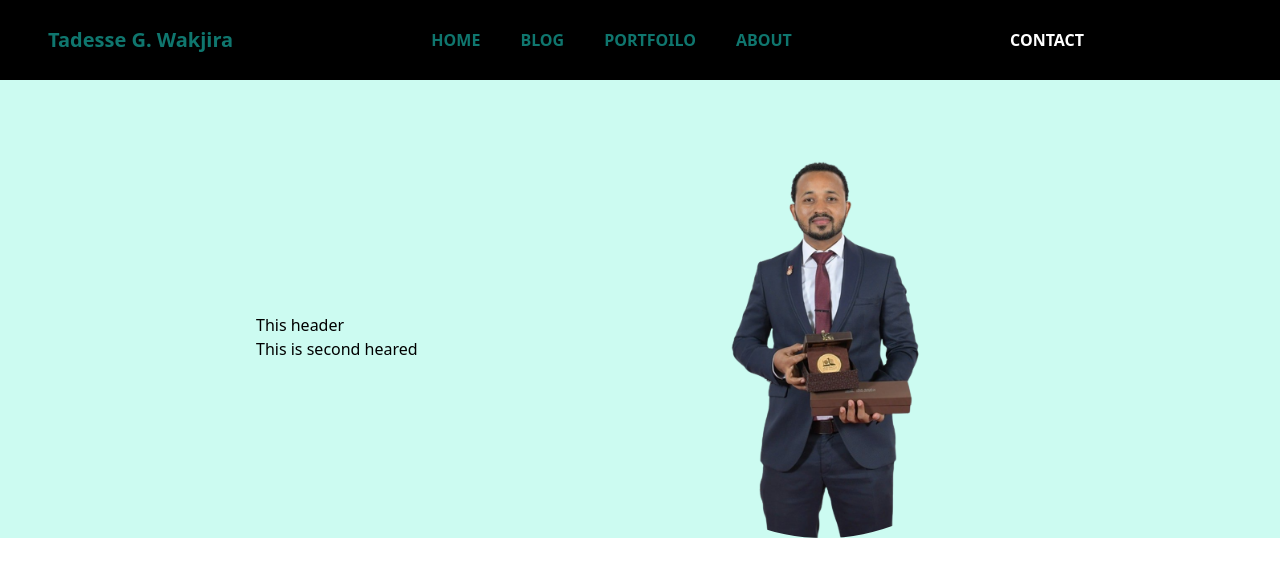
Repository: Elias-Kibret/Tade-portfoilo
Page: /
An editor plug-in stored every save of this project. The page is shown before and after the next save, followed by the edit.
The browser window is 1280 px wide. The pictures show the whole page.
The project was rebuilt for these pictures with package versions that can differ from the ones it lists, and the page was loaded fresh each time. The framework's server and built-in components were replaced by stand-ins that run in the browser. Also part of the build but not shown: next.config.js.

Above is the page before, as saved 2022-06-27 07:04:04.

After the next save:
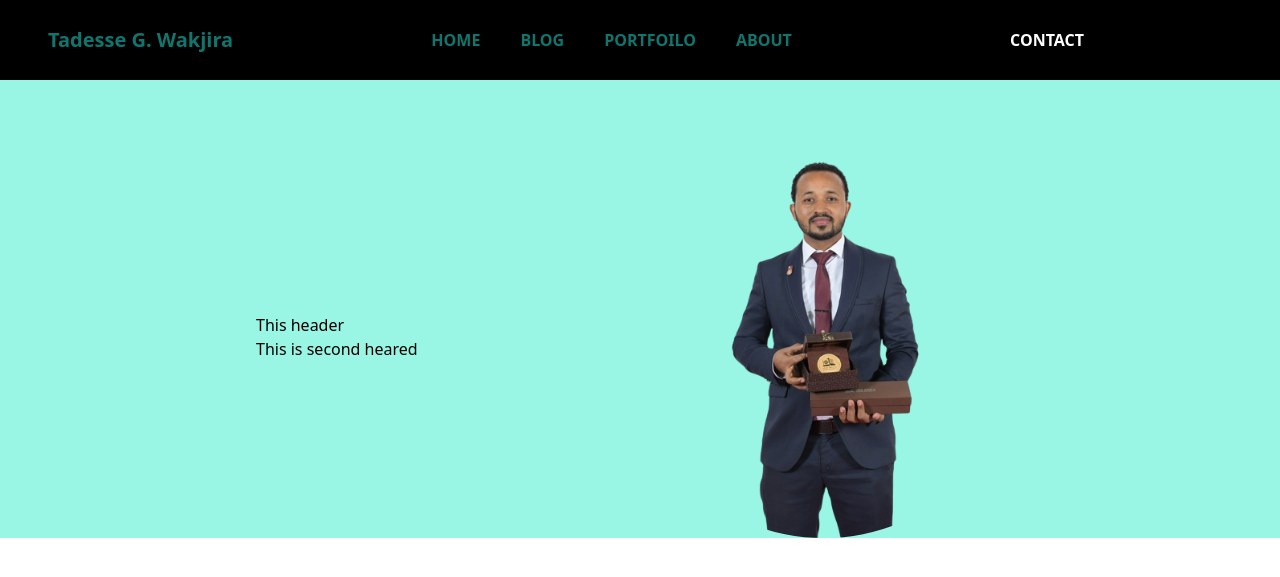
Saved 66 s later.
--- a/components/Hero.tsx
+++ b/components/Hero.tsx
@@ -2,7 +2,7 @@
 import Image from 'next/image'
 const Hero = () => {
   return (
-<main className="h-auto pt-14 bg-teal-100 ">
+<main className="h-auto pt-14 bg-teal-200 ">
 <div className='w-3/5 mx-auto flex justify-between items-center'>
 <div >
       <h1>

After the save that followed:
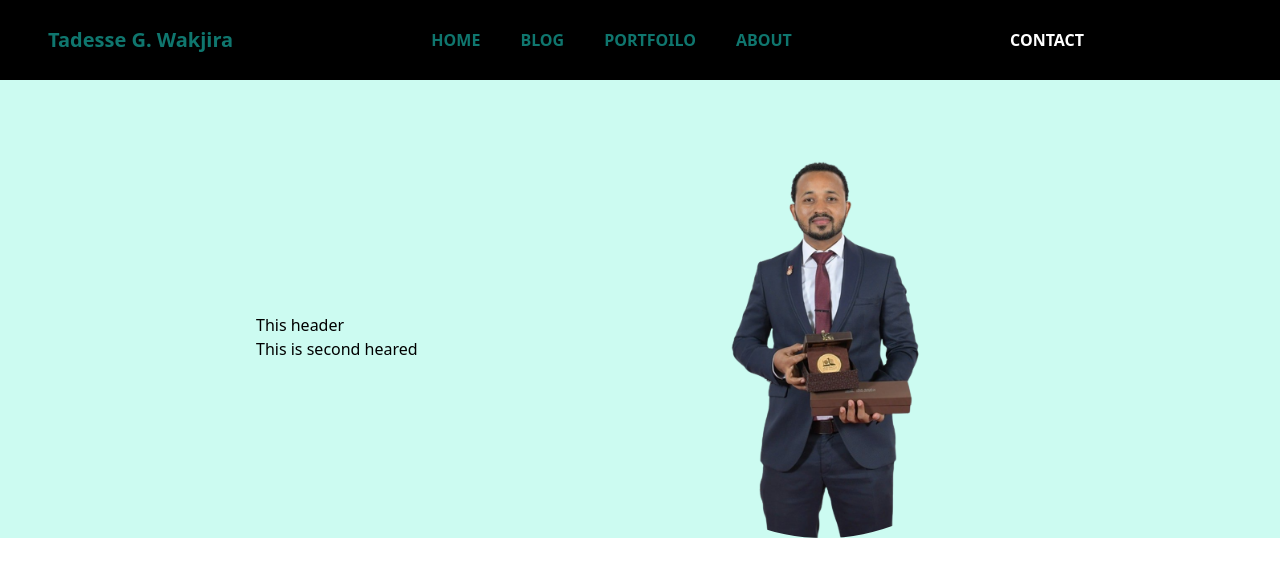
Saved 5 min 20 s later.
--- a/components/Hero.tsx
+++ b/components/Hero.tsx
@@ -2,7 +2,7 @@
 import Image from 'next/image'
 const Hero = () => {
   return (
-<main className="h-auto pt-14 bg-teal-200 ">
+<main className="h-auto pt-14 bg-teal-100 ">
 <div className='w-3/5 mx-auto flex justify-between items-center'>
 <div >
       <h1>
